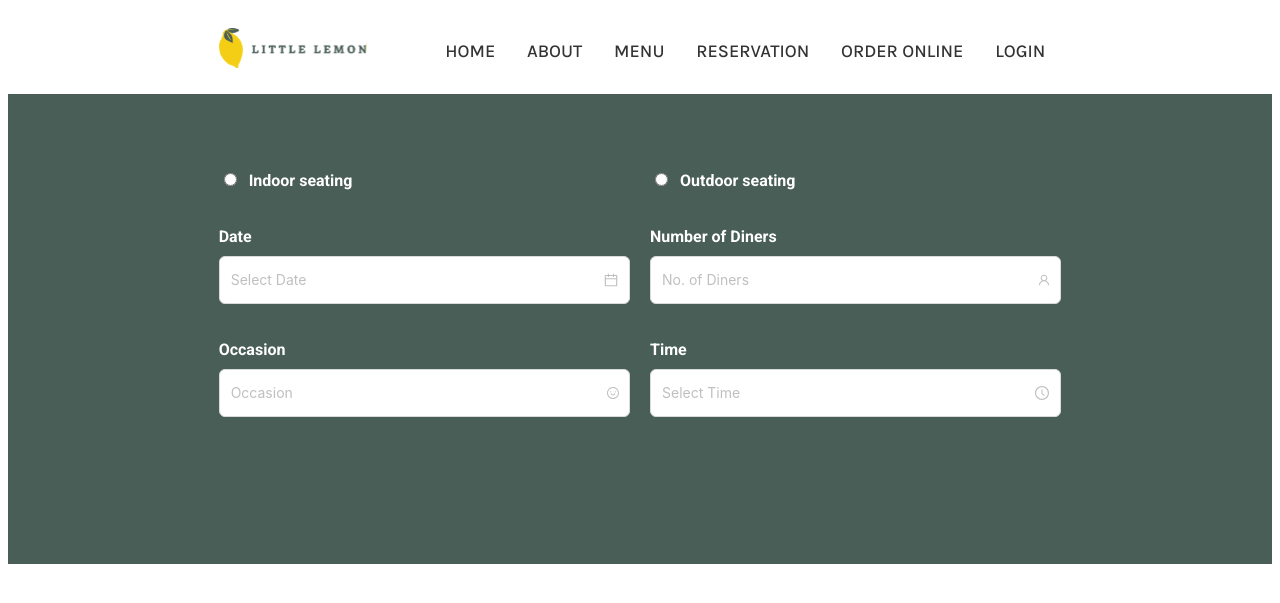
Repository: Yeshwanth-189/little-lemon
Page: /reservation (app in little-lemon/)
These files come from the project's save history. The page is drawn as it stood at one moment and after the next save; the edit follows.
The browser window is 1280 px wide. The pictures show the whole page.
The project was rebuilt for these pictures with package versions that can differ from the ones it lists, and the page was loaded fresh each time. Also part of the build but not shown: little-lemon/src/index.css, little-lemon/src/components/Hero/Hero.css, little-lemon/src/components/Hero/Hero.jsx, little-lemon/src/components/Specials/Specials.css, little-lemon/src/components/Specials/Specials.jsx, little-lemon/src/components/Testimonials/Testimonials.css, little-lemon/src/components/Testimonials/Testimonials.jsx, little-lemon/src/components/About/About.css and 3 more.

Above is the page before, as saved 2025-04-26 22:37:44.

### little-lemon/public/index.html
<!DOCTYPE html>
<html lang="en">
  <head>
    <meta charset="utf-8" />
    <link rel="icon" href="%PUBLIC_URL%/Logo.png" />
    <meta name="viewport" content="width=device-width, initial-scale=1" />
    <meta name="theme-color" content="#000000" />
    <meta
      name="description"
      content="Little Lemon is a family-run Mediterranean restaurant in Chicago, IL."
    />
    <meta name="og:image" content="%PUBLIC_URL%/Logo.png" />
    <meta name="og:title" content="Little-Lemon Restaurant" />
    <link rel="apple-touch-icon" href="%PUBLIC_URL%/Logo.png" />
    <!--
      manifest.json provides metadata used when your web app is installed on a
      user's mobile device or desktop. See https://developers.google.com/web/fundamentals/web-app-manifest/
    -->
    <link rel="manifest" href="%PUBLIC_URL%/manifest.json" />
    <!--
      Notice the use of %PUBLIC_URL% in the tags above.
      It will be replaced with the URL of the `public` folder during the build.
      Only files inside the `public` folder can be referenced from the HTML.

      Unlike "/favicon.ico" or "favicon.ico", "%PUBLIC_URL%/favicon.ico" will
      work correctly both with client-side routing and a non-root public URL.
      Learn how to configure a non-root public URL by running `npm run build`.
    -->
    <title>Little Lemon</title>
    <link rel="stylesheet" href="%PUBLIC_URL%/index.css" />
    <link rel="preconnect" href="https://fonts.googleapis.com" />
    <link rel="preconnect" href="https://fonts.gstatic.com" crossorigin />
    <link
      href="https://fonts.googleapis.com/css2?family=Karla:ital,wght@0,200..800;1,200..800&display=swap"
      rel="stylesheet"
    />
    <link rel="preconnect" href="https://fonts.googleapis.com" />
    <link rel="preconnect" href="https://fonts.gstatic.com" crossorigin />
    <link
      href="https://fonts.googleapis.com/css2?family=Karla:ital,wght@0,200..800;1,200..800&family=Roboto:ital,wght@0,100..900;1,100..900&display=swap"
      rel="stylesheet"
    />
  </head>
  <body>
    <noscript>You need to enable JavaScript to run this app.</noscript>
    <div id="root"></div>
    <!--
      This HTML file is a template.
      If you open it directly in the browser, you will see an empty page.

      You can add webfonts, meta tags, or analytics to this file.
      The build step will place the bundled scripts into the <body> tag.

      To begin the development, run `npm start` or `yarn start`.
      To create a production bundle, use `npm run build` or `yarn build`.
    -->
  </body>
</html>

### little-lemon/src/App.js
import React from "react";
import { BrowserRouter as Router, Routes, Route } from "react-router-dom";
import Nav from "./components/Navigation/NavBar";
import Hero from "./components/Hero/Hero";
import Specials from "./components/Specials/Specials";
import Testimonials from "./components/Testimonials/Testimonials";
import About from "./components/About/About";
import Footer from "./components/Footer/Footer";
import Reservation from "./components/Reservation/Reservation";

function Home() {
  return (
    <div>
      <Hero />
      <Specials />
      <Testimonials />
      <About />
      <Footer />
    </div>
  );
}

function Menu() {
  return <h1>Menu Page</h1>;
}

function App() {
  return (
    <Router>
      <Nav />
      <Routes>
        <Route path="/" element={<Home />} />
        <Route path="/menu" element={<Menu />} />
        <Route path="/about" element={<About />} />
        <Route path="/reservation" element={<Reservation />} />
      </Routes>
    </Router>
  );
}

export default App;

### little-lemon/src/components/Navigation/NavBar.jsx
import React from "react";
import { Link as RouterLink } from "react-router-dom";
import { Link as ScrollLink } from "react-scroll";
import Logo from "../../assets/Logo.svg";
import "./NavBar.css";

function Nav() {
  return (
    <nav className="nav-grid">
      {/* Empty 1-2 columns */}
      <div className="nav-empty"></div>

      {/* Logo 3-4 */}
      <div className="nav-logo">
        <img src={Logo} alt="Little Lemon Logo" />
      </div>

      {/* Nav links 5-10 */}
      <div className="nav-links">
        <RouterLink to="/">HOME</RouterLink>
        <ScrollLink
          to="about"
          smooth={true}
          duration={1000}
          offset={-70} // Adjust if your NavBar is sticky
        >
          ABOUT
        </ScrollLink>
        <RouterLink to="/menu">MENU</RouterLink>
        <RouterLink to="/reservation">RESERVATION</RouterLink>
        <RouterLink to="/order-online">ORDER ONLINE</RouterLink>
        <RouterLink to="/login">LOGIN</RouterLink>
      </div>

      {/* Empty 11-12 columns */}
      <div className="nav-empty"></div>
    </nav>
  );
}

export default Nav;

### little-lemon/src/components/Reservation/Reservation.jsx
import React from "react";
import { Select, DatePicker, TimePicker } from "antd";
import {
  UserOutlined,
  CalendarOutlined,
  ClockCircleOutlined,
  SmileOutlined,
} from "@ant-design/icons";
import "./Reservation.css";

const { Option } = Select;

function Reservation() {
  return (
    <section className="reservation-grid">
      {/* Empty margin */}
      <div className="reservation-empty"></div>

      {/* Main Form */}
      <div className="reservation-main">
        {/* Row 1: Radio buttons */}
        <div className="reservation-row">
          <div className="reservation-col">
            <label>
              <input type="radio" name="seating" value="indoor" /> Indoor
              seating
            </label>
          </div>
          <div className="reservation-col">
            <label>
              <input type="radio" name="seating" value="outdoor" /> Outdoor
              seating
            </label>
          </div>
        </div>
        {/* Row 2: Date and Number of Diners */}
        <div className="reservation-row">
          <div className="reservation-col">
            <label>Date</label>
            <DatePicker
              suffixIcon={<CalendarOutlined />}
              style={{ width: "100%", height: "3rem" }}
              placeholder="Select Date"
            />
          </div>
          <div className="reservation-col">
            <label>Number of Diners</label>
            <Select
              placeholder="No. of Diners"
              suffixIcon={<UserOutlined />}
              style={{ width: "100%", height: "3rem" }}
            >
              <Option value="1">2</Option>
              <Option value="2">4</Option>
              <Option value="3">6</Option>
              <Option value="4">8</Option>
            </Select>
          </div>
        </div>

        {/* Row 3: Occasion and Time */}
        <div className="reservation-row">
          <div className="reservation-col">
            <label>Occasion</label>
            <Select
              placeholder="Occasion"
              suffixIcon={<SmileOutlined />}
              style={{ width: "100%", height: "3rem" }}
            >
              <Option value="birthday">Birthday</Option>
              <Option value="anniversary">Anniversary</Option>
              <Option value="other">Engagement</Option>
            </Select>
          </div>
          <div className="reservation-col">
            <label>Time</label>
            <TimePicker
              suffixIcon={<ClockCircleOutlined />}
              style={{ width: "100%", height: "3rem" }}
              use12Hours
              format="h:mm A"
              placeholder="Select Time"
            />
          </div>
        </div>
      </div>

      {/* Empty margin */}
      <div className="reservation-empty"></div>
    </section>
  );
}

export default Reservation;

### little-lemon/src/components/Navigation/NavBar.css
.nav-grid {
  display: grid;
  grid-template-columns: repeat(12, 1fr);
  align-items: center;
  background-color: white;
  padding: 20px 0;
  position: sticky;
  top: 0;
  z-index: 10;
  font-family: "karla", sans-serif;
  font-size: 20px;
  font-weight: 700;
}

/* Empty columns for margins */
.nav-empty {
  grid-column: span 2;
}

/* Logo */
.nav-logo {
  grid-column: span 2;
  font-size: 24px;
  font-weight: bold;
  color: #495e57;
}

.nav-logo a {
  text-decoration: none;
  color: inherit;
}

/* Links */
.nav-links {
  grid-column: span 6;
  display: flex;
  justify-content: space-around;
  align-items: center;
}

.nav-links a {
  text-decoration: none;
  color: #333;
  font-size: 18px;
  font-weight: 500;
}

.nav-links a:hover {
  color: #f4ce14;
}

/* MOBILE RESPONSIVE */
@media (max-width: 768px) {
  .nav-grid {
    grid-template-columns: repeat(4, 1fr);
    padding: 10px 0;
  }

  .nav-empty {
    display: none; /* No margin on mobile */
  }

  .nav-logo {
    grid-column: span 2;
    font-size: 20px;
    text-align: left;
    padding-left: 10px;
  }

  .nav-links {
    grid-column: span 2;
    display: flex;
    flex-direction: column; /* Stack links vertically */
    gap: 10px;
    align-items: flex-end;
    padding-right: 10px;
  }

  .nav-links a {
    font-size: 16px;
  }
}

### little-lemon/src/components/Reservation/Reservation.css
.reservation-grid {
  display: grid;
  grid-template-columns: repeat(12, 1fr);
  width: 100%;
  max-width: 1440px;
  margin: 0 auto;
  min-height: 350px;
  padding: 60px 0;
  background-color: #495e57; /* Background like your Figma */
  color: white;
}

/* Empty margins */
.reservation-empty {
  display: none;
}

/* Main Section (3-10 columns) */
.reservation-main {
  grid-column: 3 / span 8;
  display: flex;
  flex-direction: column;
  gap: 20px;
}

/* Each Row */
.reservation-row {
  display: flex;
  justify-content: space-between;
  gap: 20px;
}

/* Each Column inside Row */
.reservation-col {
  flex: 1;
  display: flex;
  flex-direction: column;
  gap: 10px;
  font-family: "roboto", sans-serif;
  font-size: 20px;
}

/* Inputs and Selects */
.reservation-col input[type="radio"] {
  margin-right: 8px;
}

.reservation-col select {
  padding: 10px;
  border-radius: 8px;
  border: none;
  font-size: 16px;
}

/* Labels */
.reservation-col label {
  font-size: 16px;
  font-weight: bold;
  margin-top: 4%;
}

/* MOBILE RESPONSIVE */
@media (max-width: 768px) {
  .reservation-grid {
    grid-template-columns: repeat(4, 1fr);
    padding: 30px 0;
  }

  .reservation-main {
    grid-column: 1 / span 4;
  }

  .reservation-row {
    flex-direction: column;
  }
}

Loaded but not shown: little-lemon/src/index.js (common file); little-lemon/src/reportWebVitals.js (common file); little-lemon/public/index.css (common file)

After the next save:
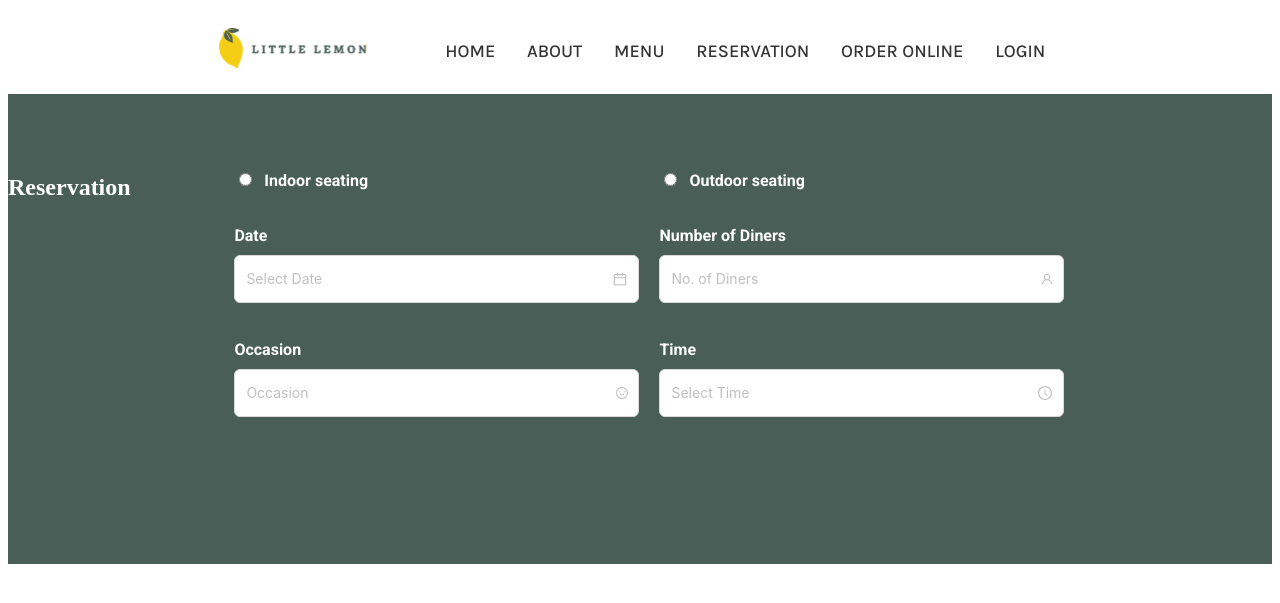
Saved 2 min 34 s later.
--- a/little-lemon/src/components/Reservation/Reservation.jsx
+++ b/little-lemon/src/components/Reservation/Reservation.jsx
@@ -15,7 +15,9 @@ function Reservation() {
     <section className="reservation-grid">
       {/* Empty margin */}
       <div className="reservation-empty"></div>
-
+      <div className="reservation-heading">
+        <h1>Reservation</h1>
+      </div>
       {/* Main Form */}
       <div className="reservation-main">
         {/* Row 1: Radio buttons */}
